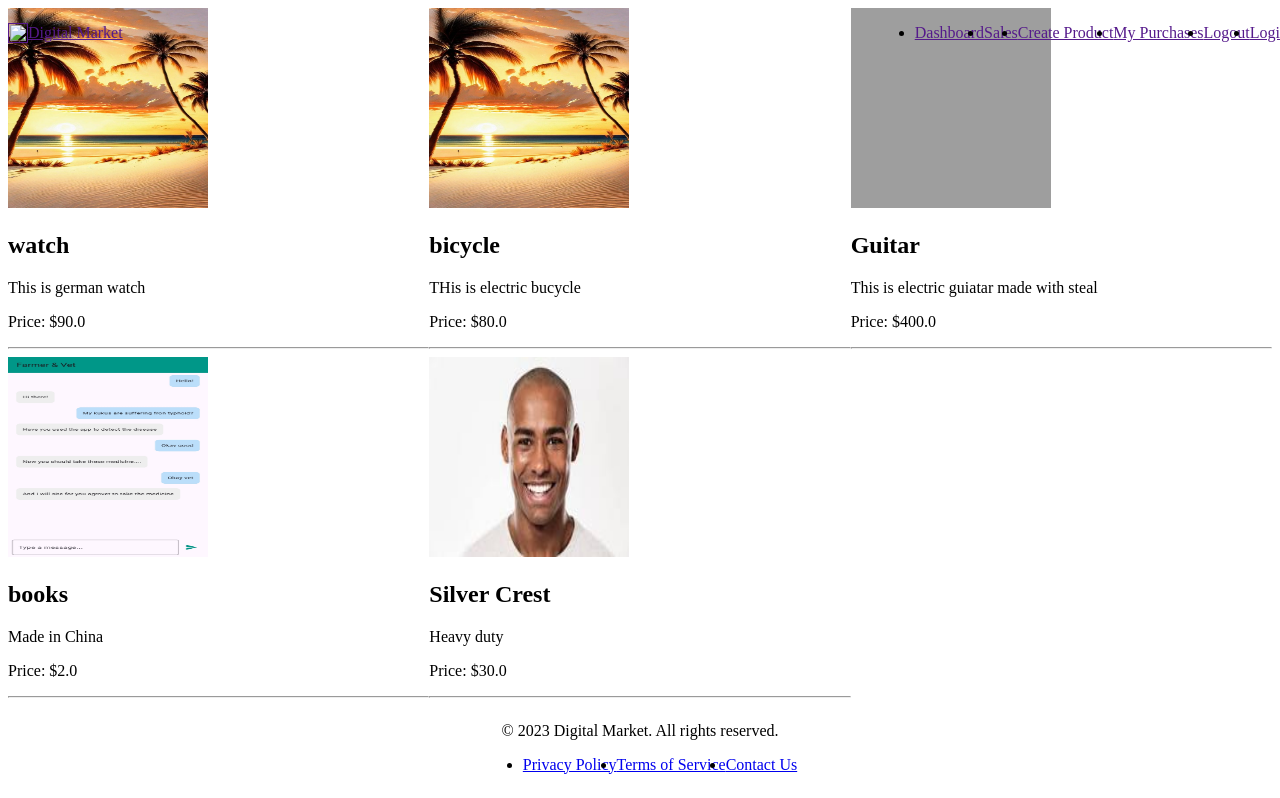
Repository: Zedestar/DigitalMarket_django
Page: http://localhost/
An editor plug-in stored every save of this project. The page is shown before and after the next save, followed by the edit.
The browser window is 1280 px wide. The pictures show the whole page.
Pictures or frames that could not be fetched are drawn as grey boxes. The page is served by the project's application, run on Django 5.2 (manage.py). Other server files are loaded and not shown. Style sheets and scripts are compiled from the project's sources, by tool versions that may differ from the author's. The page reads the database file committed with the project.

Above is the page before, as saved 2025-03-19 18:23:26.

### myapp/templates/myapp/index.html
{% extends 'base.html' %}
{% block body %}
    <div class="container mx-auto mt-10 w-full grid grid-cols-3 gap-4">
        {% for product in products %}
            <div class="shadow-lg hover:shadow-xl">
                <div>
                    <img src="{{ product.photo }}"
                         alt="{{ product.name }}"
                         width="200px"
                         height="200px">
                </div>
                <h2 class="font-bold">{{ product.name }}</h2>
                <p>{{ product.description }}</p>
                <p>Price: ${{ product.price }}</p>
                <hr>
            </div>
        {% endfor %}
    </div>
{% endblock body %}

### templates/base.html
{% load static %}
<!DOCTYPE html>
<html lang="en">
    <head>
        <meta charset="UTF-8">
        <meta name="viewport" content="width=device-width, initial-scale=1.0">
        <meta name="keywords">
        <meta name="description">
        <title>Document</title>
        <link rel="stylesheet" href="{% static 'tailwind/styles.css' %}">
    </head>
    <body class="bg-gray-200 flex flex-col min-h-screen">
        {% include 'partials/navbar.html' %}
        <main class="flex-grow">
            {% block body %}
            {% endblock body %}
        </main>
        {% include 'partials/footer.html' %}
    </body>
</html>

### templates/partials/navbar.html
<nav class="fixed top-0 w-full z-10">
    <div class="flex justify-between shadow-lg py-2 text-sm font-medium">
        <a href="" class="flex items-center justify-center ml-6">
            <img src="" alt="" height="20px" width="20px">
            <span class="mx-2 text-green-600 text-24">Digital Market</span>
        </a>
        <ul class="mr-6 flex">
            <li class="mx-4">
                <a href="">Dashboard</a>
            </li>
            <li class="mx-4">
                <a href="">Sales</a>
            </li>
            <li class="mx-4">
                <a href="">Create Product</a>
            </li>
            <li class="mx-4">
                <a href="">My Purchases</a>
            </li>
            <li class="mx-4">
                <a href="">Logout</a>
            </li>
            <li class="mx-4">
                <a href="">Login</a>
            </li>
        </ul>
    </div>
</nav>

### templates/partials/footer.html
<footer class="bg-gray-200 text-black py-1 shadow-lg bottom-0 w-full">
    <div class="container mx-auto text-center">
        <p>&copy; 2023 Digital Market. All rights reserved.</p>
        <ul class="flex justify-center">
            <li class="mx-4">
                <a href="#" class="hover:underline">Privacy Policy</a>
            </li>
            <li class="mx-4">
                <a href="#" class="hover:underline">Terms of Service</a>
            </li>
            <li class="mx-4">
                <a href="#" class="hover:underline">Contact Us</a>
            </li>
        </ul>
    </div>
</footer>

### myapp/models.py
from django.db import models

# Create your models here.


class Product(models.Model):
    name = models.CharField(max_length=100, null=False, blank=False)
    description = models.TextField()
    price = models.FloatField(null=False, blank=False)
    photo = models.ImageField(upload_to='product-photos')
    created_at = models.DateTimeField(auto_now_add=True)
    updated_at = models.DateTimeField(auto_now=True)

    def __str__(self):
        return self.name

### myapp/views.py
from django.shortcuts import render
from .models import Product

# Create your views here.


def index(request):
    products = Product.objects.all()
    context = {
        'products' : products
    }
    return render(request, 'myapp/index.html', context=context)

### DigitalMarket/urls.py
"""
URL configuration for DigitalMarket project.

The `urlpatterns` list routes URLs to views. For more information please see:
    https://docs.djangoproject.com/en/5.1/topics/http/urls/
Examples:
Function views
    1. Add an import:  from my_app import views
    2. Add a URL to urlpatterns:  path('', views.home, name='home')
Class-based views
    1. Add an import:  from other_app.views import Home
    2. Add a URL to urlpatterns:  path('', Home.as_view(), name='home')
Including another URLconf
    1. Import the include() function: from django.urls import include, path
    2. Add a URL to urlpatterns:  path('blog/', include('blog.urls'))
"""
from django.contrib import admin
from django.urls import path, include
from django.conf import settings
from django.conf.urls.static import static

urlpatterns = [
    path('admin/', admin.site.urls),
    path('', include('myapp.urls')),
]

urlpatterns += static(settings.MEDIA_URL, document_root=settings.MEDIA_ROOT)

### myapp/urls.py
from .  import views
from django.urls import path

urlpatterns = [
    path('', views.index, name='index_view'),
]

### db.sqlite3 (the tables this page reads, as SQL)
CREATE TABLE "myapp_product" ("id" integer NOT NULL PRIMARY KEY AUTOINCREMENT, "name" varchar(100) NOT NULL, "description" text NOT NULL, "price" real NOT NULL, "created_at" datetime NOT NULL, "updated_at" datetime NOT NULL, "photo" varchar(100) NOT NULL, "category_id" bigint NULL REFERENCES "myapp_category" ("id") DEFERRABLE INITIALLY DEFERRED);
INSERT INTO "myapp_product" VALUES
(5, 'watch', 'This is german watch', 90.0, '2025-03-19 15:09:57.364696', '2025-03-19 15:09:57.364696', 'product-photos/wallpaper_T6tvKyB.jpg', NULL),
(6, 'bicycle', 'THis is electric bucycle', 80.0, '2025-03-19 15:11:28.591059', '2025-03-19 15:11:28.591059', 'product-photos/wallpaper_3pVK7fH.jpg', NULL),
(7, 'Guitar', 'This is electric guiatar made with steal', 400.0, '2025-03-19 15:36:16.491002', '2025-03-19 15:36:16.496000', 'product-photos/zedddy.jpg', NULL),
(8, 'books', 'Made in China', 2.0, '2025-03-19 17:16:41.118921', '2025-03-19 17:16:41.118921', 'product-photos/tempFileForShare_20250207-083344.jpg', NULL),
(9, 'Silver Crest', 'Heavy duty', 30.0, '2025-03-19 17:18:02.422139', '2025-03-19 17:18:02.422139', 'product-photos/african_men.jpg', NULL);

Loaded but not shown: static/tailwind/tailwindClasses.css (common file)

After the next save:
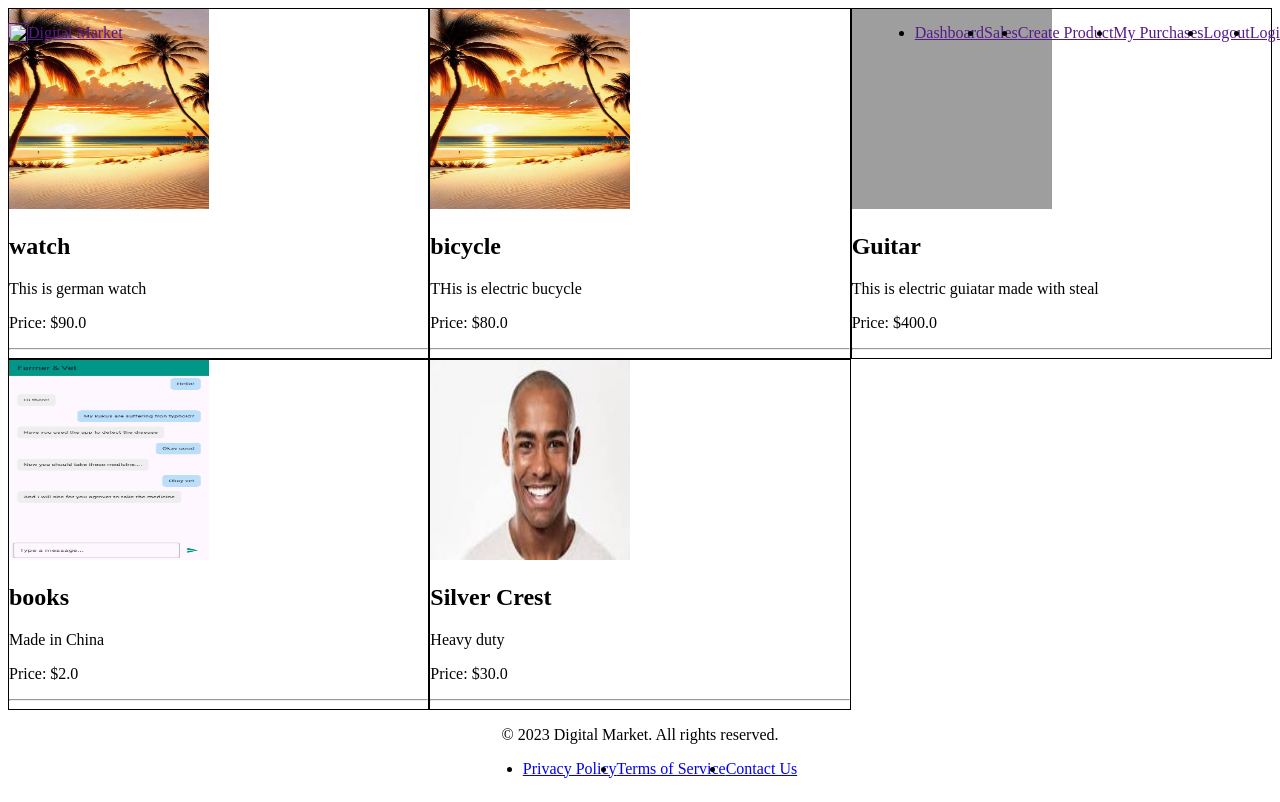
Saved 18 s later.
--- a/myapp/templates/myapp/index.html
+++ b/myapp/templates/myapp/index.html
@@ -2,7 +2,7 @@
 {% block body %}
     <div class="container mx-auto mt-10 w-full grid grid-cols-3 gap-4">
         {% for product in products %}
-            <div class="shadow-lg hover:shadow-xl">
+            <div class="shadow-lg hover:shadow-xl border">
                 <div>
                     <img src="{{ product.photo }}"
                          alt="{{ product.name }}"

After the 2 saves that followed:
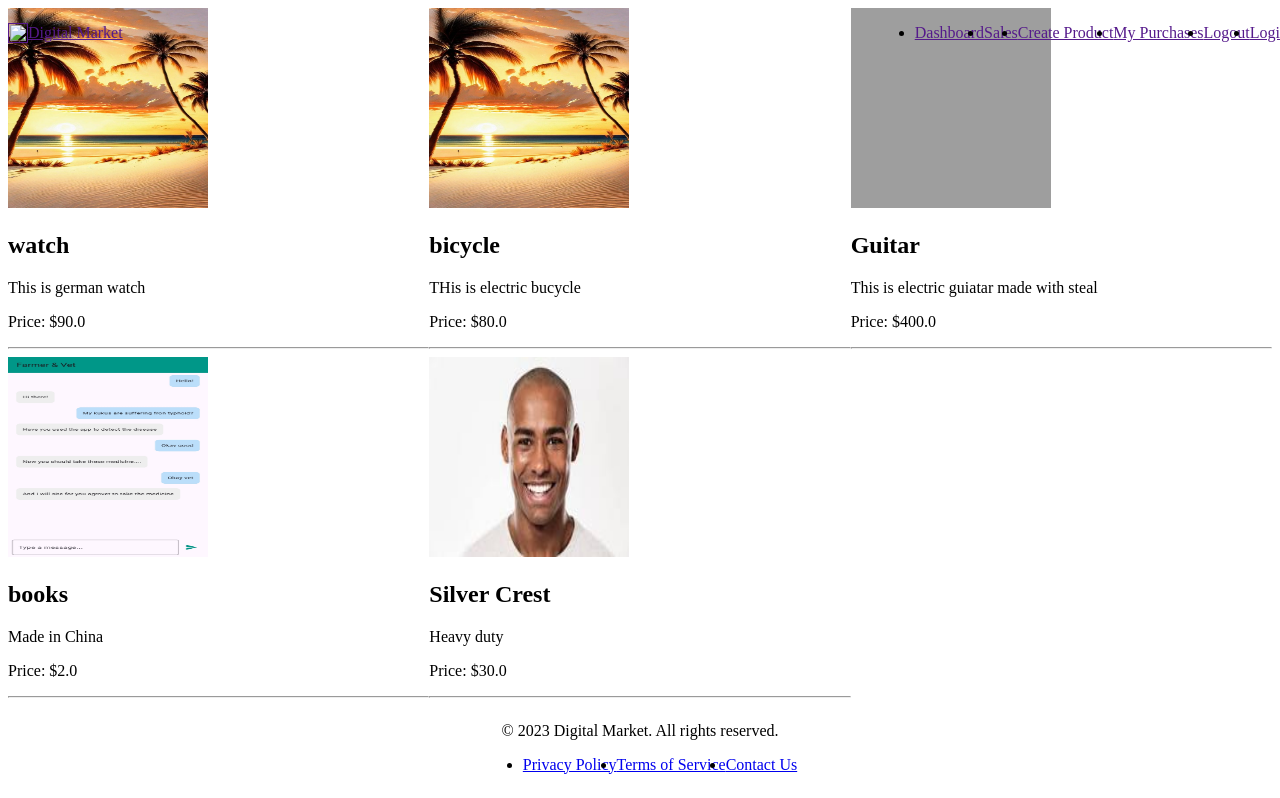
The 2 saves are shown as one change because 1 left the picture as it was.
The last was saved 58 s later.
--- a/myapp/templates/myapp/index.html
+++ b/myapp/templates/myapp/index.html
@@ -2,7 +2,7 @@
 {% block body %}
     <div class="container mx-auto mt-10 w-full grid grid-cols-3 gap-4">
         {% for product in products %}
-            <div class="shadow-lg hover:shadow-xl border">
+            <div class="shadow-lg hover:shadow-xl hover:border hover:border-gray-300">
                 <div>
                     <img src="{{ product.photo }}"
                          alt="{{ product.name }}"
